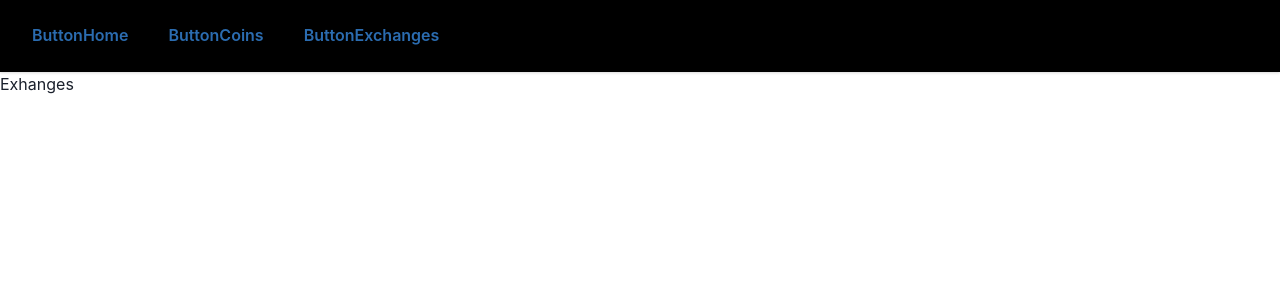
Repository: Attar786/cryptoapp
Page: /exchanges
The author's editor kept a copy of each file at every save. The page is drawn from the files as they stood at one save, then again after the next save.
The browser window is 1280 px wide. The pictures show the whole page.
The page's requests for data from a server got no answer. The project was rebuilt for these pictures with package versions that can differ from the ones it lists, and the page was loaded fresh each time. No one was signed in, and anything a server would have sent is missing. Also part of the build but not shown: vite.config.js, src/components/Home.jsx, src/components/Coins.jsx, src/components/CoinDetails.jsx, src/index.css.

Above is the page before, as saved 2024-03-16 17:25:55.

### src/main.jsx
import React from 'react'
import ReactDOM from 'react-dom/client'
import App from './App.jsx'
import './index.css'
import { ChakraProvider, theme } from "@chakra-ui/react"
// import { chakra } from "@chakra-ui/react"
ReactDOM.createRoot(document.getElementById('root')).render(
  <React.StrictMode>
    <ChakraProvider   theme={theme}>
    <App />
    </ChakraProvider>
  </React.StrictMode>,
)
export const server = `https://api.coingecko.com/api/v3`;

### src/App.jsx
import { BrowserRouter as Router,Routes,Route } from "react-router-dom"
import Home from "./components/Home"
import Coins from "./components/Coins"
import Exhanges from "./components/Exhanges"
import CoinDetails from "./components/CoinDetails"
import Headers from "./components/Header"
function App() {


  return (
    <>
      <Router>
<Headers/>
<Routes>
  <Route path="/" element= {<Home/>}/>
  <Route path="/coins" element= {<Coins/>}/>
  <Route path="/coin/:id" element= {<CoinDetails/>}/>
  <Route path="/exchanges" element= {<Exhanges/>}/>
</Routes>

      </Router>

    </>
  )
}

export default App

### src/components/Exhanges.jsx

import  axios  from "axios"
import { useEffect, useState } from "react"
import { server } from "../main"
const Exhanges = () => {


    const [exchanges, setExchanges] = useState([]);
    useEffect(() => {
      const fetchExchanges = async()=> {
        const {data} = await axios.get(`${server}/exchanges`)
    // console.log(data);
    setExchanges(data)
    };

      fetchExchanges();
    }, [])



    return (
    <div>Exhanges</div>
  )
}

export default Exhanges

### src/components/Header.jsx
import { HStack , Button} from "@chakra-ui/react"
import { Link } from "react-router-dom"


const Header = () => {
    return (
<HStack p={"4"} bgColor={"black"} shadow={"base"}  >
<Button colorScheme='blue' variant='ghost' >Button
<Link to={"/"}   >Home</Link>
</Button>
<Button colorScheme='blue' variant='ghost' >Button
<Link to={"/coins"}   >Coins</Link>
</Button>
<Button colorScheme='blue' variant='ghost' >Button
<Link to={"/exchanges"}>Exchanges</Link>
</Button>
</HStack>
    )
}

export default Header

Loaded but not shown: index.html (common file)

After the next save:
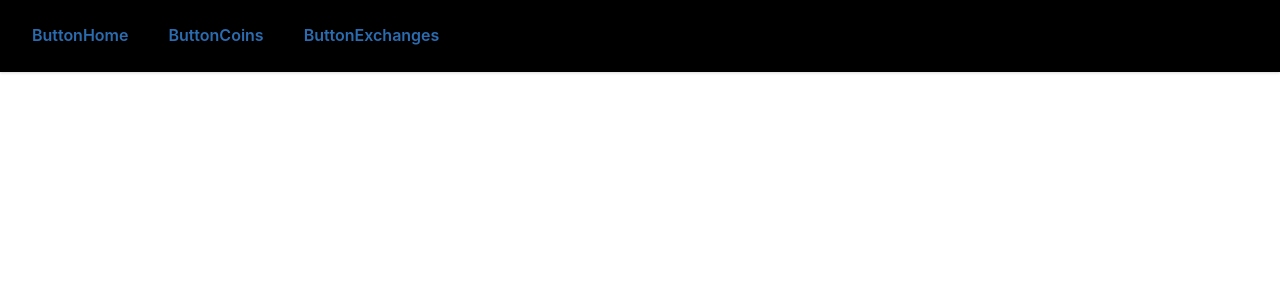
Saved 2 min 32 s later.
--- a/src/components/Exhanges.jsx
+++ b/src/components/Exhanges.jsx
@@ -1,4 +1,6 @@
+import {Container} from "@chakra-ui/react"
 
+// import
 import  axios  from "axios"
 import { useEffect, useState } from "react"
 import { server } from "../main"
@@ -19,8 +21,10 @@ const Exhanges = () => {
 
 
     return (
-    <div>Exhanges</div>
-  )
+
+<Container maxW={"container.xl"}></Container>
+
+)
 }
 
 export default Exhanges
